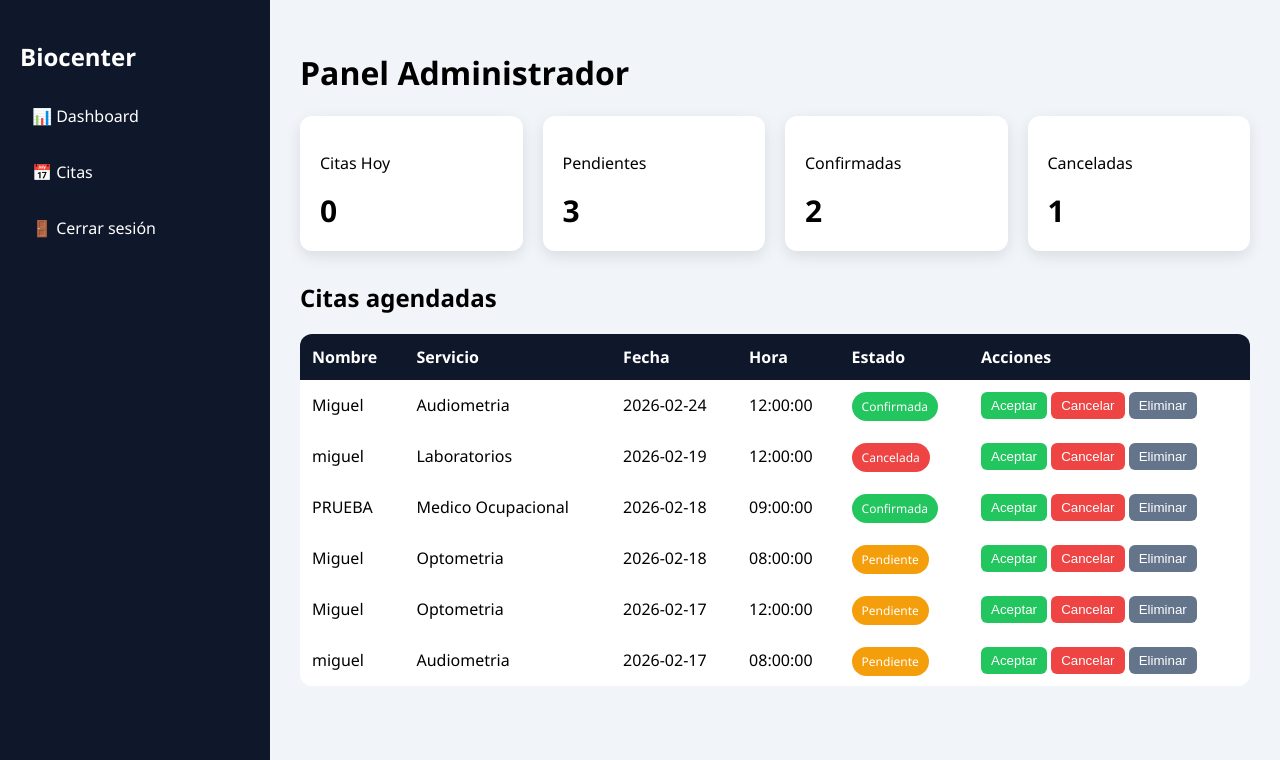
Repository: Miguelperdomo/Biocenter
Page: http://localhost/public_html/PHP/panel.php
These files come from the project's save history. The page is drawn as it stood at one moment and after the next save; the edit follows.
The browser window is 1280 px wide. The pictures show the whole page.
The page is run by PHP 8.4 with error messages shown; the project is at /var/www/html/. The session is filled in as if someone had signed in: {"admin": {"id": 1, "usuario": "admin", "email": "perdomomiguel2004@gmail.com"}}. The database holds what the project's SQL file puts in it.

Above is the page before, as saved 2026-02-18 09:33:45.

After the next save:
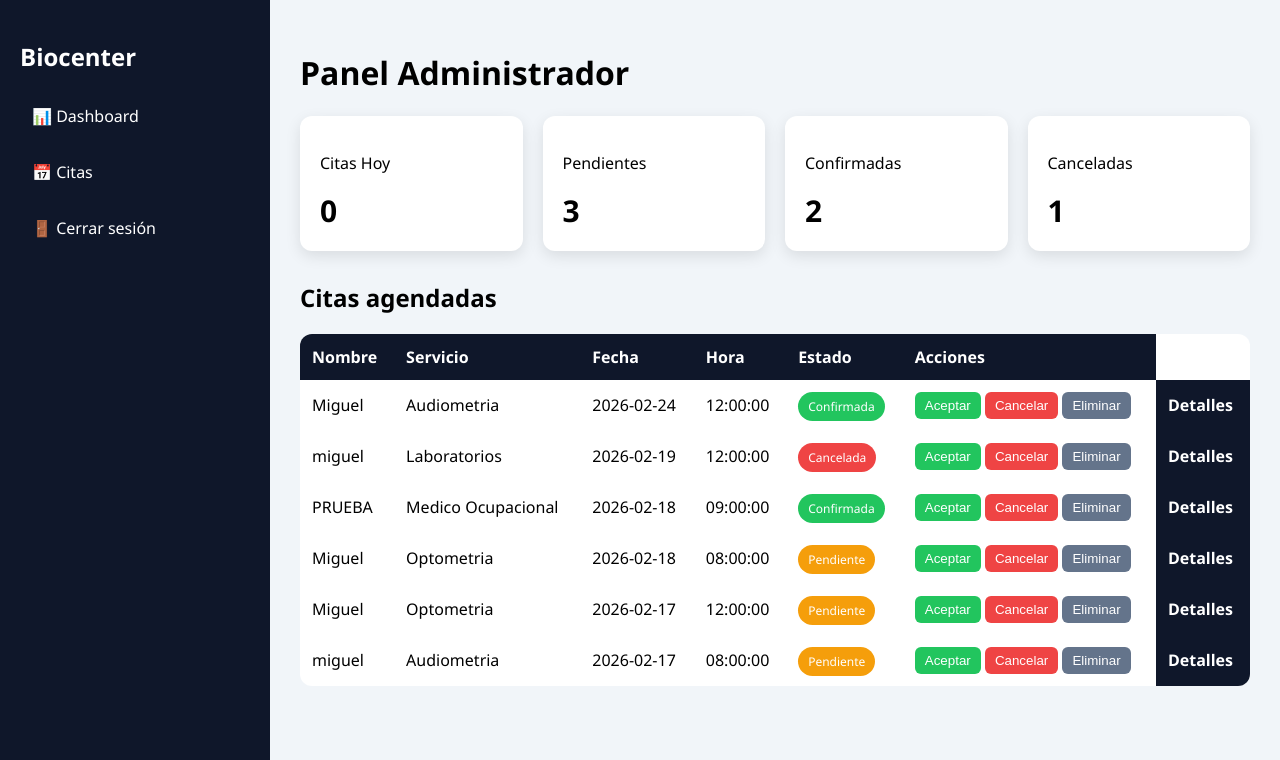
Saved 6 s later.
--- a/PHP/panel.php
+++ b/PHP/panel.php
@@ -238,7 +238,7 @@ Cancelar
 Eliminar
 </button>
 
-
+<th>Detalles</th>
 
 <form id="formAccion" method="POST" action="./accion_cita.php">
 <input type="hidden" name="id" id="idCita">
